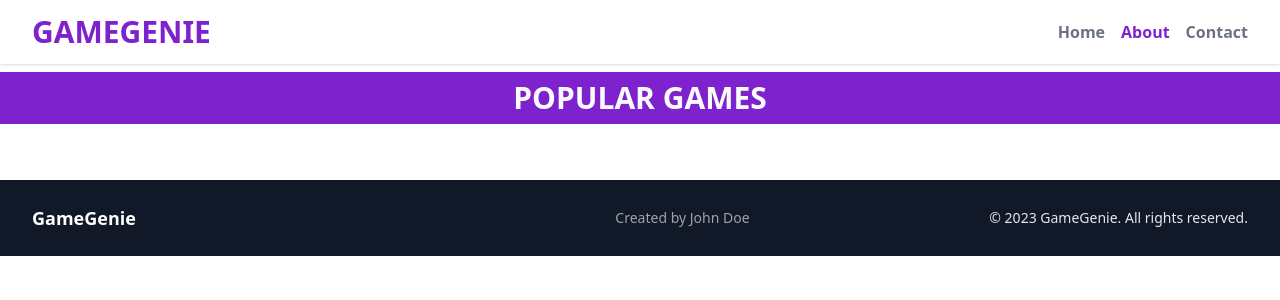
Repository: mfaeezshabbir/Gamegenie
Page: /allGames
An editor plug-in stored every save of this project. The page is shown before and after a run of saves, followed by the edit.
The browser window is 1280 px wide. The pictures show the whole page.
The page's requests for data from a server got no answer. The project was rebuilt for these pictures with package versions that can differ from the ones it lists, and the page was loaded fresh each time. The framework's server and built-in components were replaced by stand-ins that run in the browser. No one was signed in, and anything a server would have sent is missing. Also part of the build but not shown: next.config.js, components/GameCard/GameCard.jsx.

Above is the page before, as saved 2023-04-18 16:20:30.

After the next 5 saves:
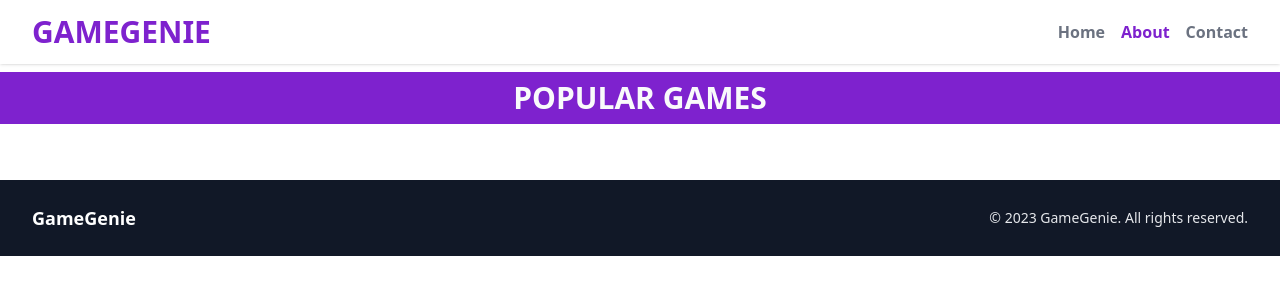
The 5 saves are shown as one change because 1 did not build or start and some came seconds apart.
The last was saved 27 s later.
--- a/components/Footer/Footer.jsx
+++ b/components/Footer/Footer.jsx
@@ -19,7 +19,7 @@ function Footer() {
           </ul>
         </div>
         <div className="text-center text-gray-400 text-sm">
-          <p>Created by John Doe</p>
+          <a href="https"></a>
         </div>
 
         <div className="text-gray-200 text-center text-sm">
